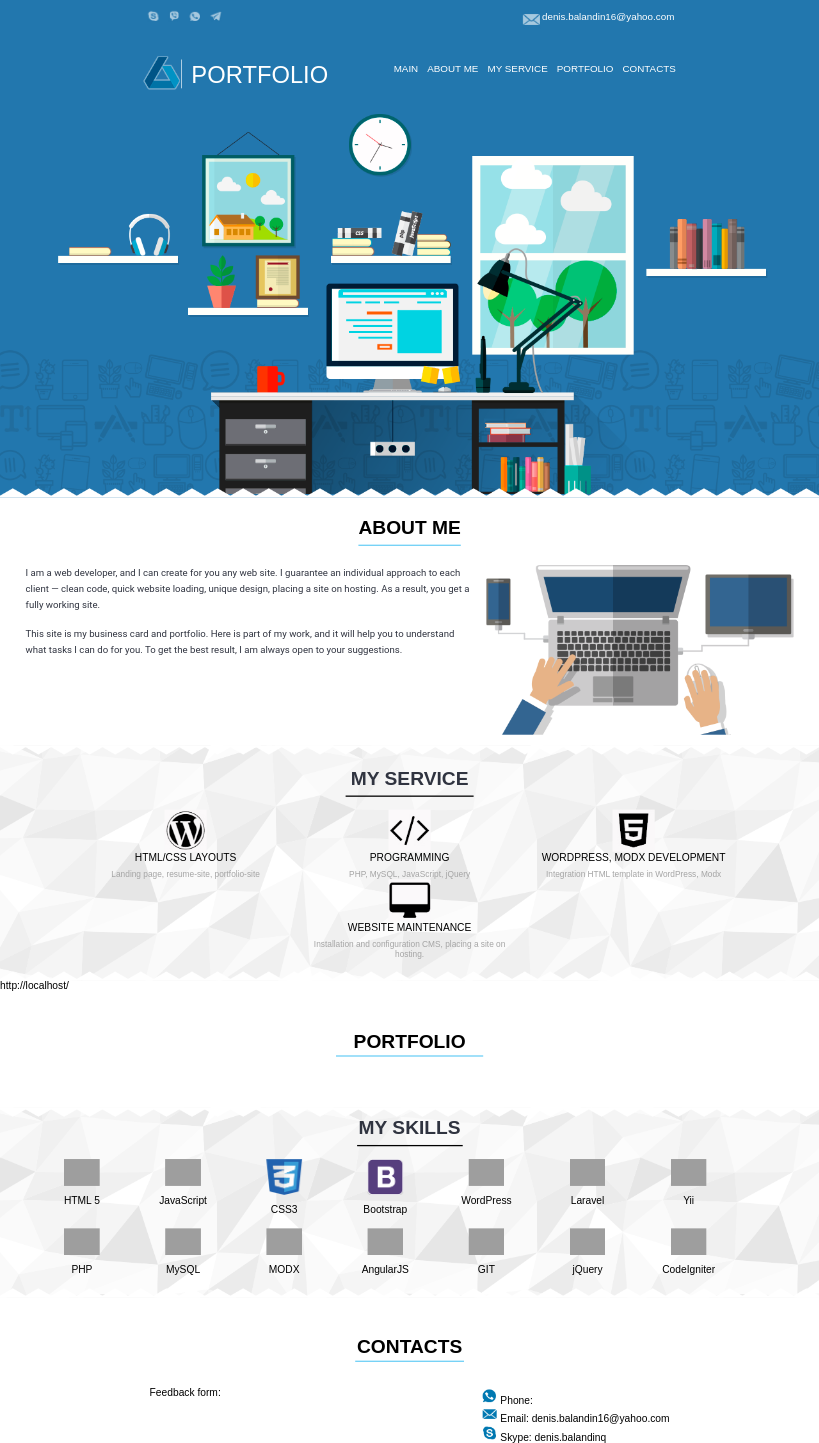
Repository: DenisBalandin/Portfolio
Page: /
An editor plug-in stored every save of this project. The page is shown before and after the next save, followed by the edit.
The browser window is 1280 px wide. The pictures show the whole page, at 64% of full size.
Pictures or frames that could not be fetched are drawn as grey boxes. The page's requests for data from a server got no answer. The project was rebuilt for these pictures with package versions that can differ from the ones it lists, and the page was loaded fresh each time. No one was signed in, and anything a server would have sent is missing. Also part of the build but not shown: src/ItemPage.js.

Above is the page before, as saved 2020-03-06 19:54:56.

### src/App.js
import React from 'react';
import './style.scss';
import ItemPage from './ItemPage';
import Home from './Home';
import Header from './Header';


import {BrowserRouter as Router,Route, Link} from 'react-router-dom';

function App(){
  return (
    <Router>
      <Header/>
      <Route exact path="/pageitem" component={ItemPage} />

      <Route exact path="/pageitem/:itemid" component={ItemPage} />
      <Route exact path="/" component={Home} />
    </Router>
  );
}

export default App;

### src/style.scss
*{padding: 0; margin: 0;}
body{font-family: Arial; min-width: 500px; }
a{text-decoration: none; color: #FFFFFF; text-decoration: none;}
li{list-style: none;}



/* Heder */
#first_page_bg{
    width:100%;
    height: 70%;
    background: #2277ae;
    header{
        width: 65%;
        margin: 0 auto 0 auto;
        .up_menu_links{
            display: flex;
            justify-content: space-between;
           padding: 2% 0 0 0;
            .social_link{
                width: 30%;
                a{

                    img{
                        width: 7%;
                    }
                    margin: 0 3% 0 3%;
                }
            }
            .email_heder{
                // width: 20%;
                margin: 0 1.5% 0 0;
                a{
                    display: flex;
                    .email_icon{
                        // width: 15%;
                        img{
                            // width: 100%;
                            // position: absolute;
                            margin: 0 0 0 -2%;
                            height: 100%;
                        }
                    }

                    div{
                        margin: 0.3% 0 0 2.2%;
                        font-size: 1.2vw;
                    }
                }

            }
        }

        menu{
            margin:5% 0 5% 0;
            display: flex;
            justify-content: space-between;
            width: 100%;
            .logo{
                width: 35%;
                display: flex;
                img{
                   width: 100%;
                   margin: 2% 0 0% 0;
                   padding: 0 5% 0 0 0;
                }
                .company_name{
                    margin: auto;
                    // margin: 0.3% 0 0 5%;
                    // height: 90%;
                    padding: 0 0 0 5%;
                    border-left: #FFFFFF 1px solid;
                    font-size: 2.9vw;
                    // height: 100%;
                    display: table;
                    a{
                        vertical-align: middle;
                    }

                }
            }
            .menu_heder{
                padding: 1.2% 0 0 0;
                width: 53%;
                display: flex;
                justify-content: space-between;
                div{
                    display: table;
                    a{
                        font-size: 1.2vw;
                        vertical-align: middle;
                    }
                }

            }


        }
    }

}





// .menu div{ margin: -1px 5px 0 5px; color:#ffffff; font-size: 17px;  display: flex;
//     flex-direction:row;
//     flex-wrap: wrap;
//     justify-content: center;}
// .menu div a{color:#ffffff; font-size: 20px;}
/*Top menu end*/
/*Heder end*/

/*Page*/
#first_page_bg_single{ width: 100%; height: 195px; background: #2277ae; padding:0px 0 0 0; overflow: hidden;}
.bg_page_insaide_page{width: 100%; background: url("img/pattop1.png") repeat-x; height: 230px; position: relative; z-index:5;}
.deltatop_page_page{width: 100%; background: url("img/deltatop.png") repeat-x; height: 14px; position: relative; z-index: 20; margin: -13px 0 0 0;}
#content_page{
    max-width: 1200px;
    margin: 30px auto 0px auto;
    display: flex;
    flex-wrap: wrap;
    flex-direction: row;
    justify-content: space-around;
}
.content_pageh1{
    font-size: 30px;
    text-transform: uppercase;
    text-align: center;
    font-weight: bold;
    position: relative;
    margin-bottom: 30px;
    color:#303440;
    text-decoration: underline;
    padding: 40px 0 10px 0;
}
#content_page img{
    width: 100%;
    height: auto;
}
/*Page end*/
.order_site{float: right; margin: 15px 0 0 20px; width: 178px; height: 30px; border: 1px solid #6ca6cd; text-align: center; color: #ffffff; padding: 10px 0 0 0; font-size: 14px; box-shadow: 9px 8px 4px -7px #2277ae; }
.order_site:hover{background: #0298cc; cursor: pointer;}
.company_name{
    color: #ffffff;
    font-size: 45px;
    margin: -10px 0 0 15px;
}
.company_name a{color: #FFFFFF;}
.company_name a:hover{color: #FFFFFF; text-decoration: none;}
.logo_border{
    width: 1px; height: 50px; background: #FFFFFF; margin: 0 10px 0 25px;
}
.content_description{
    max-width: 750px;
    height: 60px;
    float: left;
    font-size: 14px;
    color: #303440;
    margin: 0 0px 0 0;
}
.tools{ font-size: 15px; color: #303440; padding: 0 0 0 0px; }
.content_link{font-size: 15px; color: #303440; margin:0px 0 20px 0;}
.content_link a{color: #303440; text-decoration: underline;}
.content_link a:hover{text-decoration: none;}
.content_text{
    width: 80%;
    background: #fff;
    border: 1px solid #59759b;
    overflow: hidden;
    margin: 0 auto 0 auto;
}
.content_text img{
    width: 100%!important;
    height: 50%!important;
}
.web_line{ background:url("img/web_line.jpg")no-repeat;  display: inline-block; height: 69px; max-width: 1150px; margin: 0 0 -5px 0; border-right: 1px solid #59759b; border-left: 1px solid #59759b; border-top: 1px solid #59759b;}
.content_url{float: left; margin: 40px 0 0 160px;}
.content_url a{color: #585353;}
/*Links end*/
.flex-container {
    display: flex;
    flex-direction:  row-reverse;
}
/*Top Menu*/
.heder_menu{
    display: flex;
}
.top_menu{
    margin: 20px 0;
    display: flex;
    flex-direction:row;
}
/*Page bg*/
.page_bg{
    margin: -10px auto 0 auto;
}
.bg_page_insaide{width: 100%; background: url("img/pattop.png") repeat-x;  position: relative; z-index:5; background-position: bottom;
    display: flex;
    flex-direction: column;
}
.bg_page_insaide_single{width: 100%; margin: 15px 0 0 0; background: url("img/pattop.png") repeat-x; height: 130px; position: relative; z-index:5;}
.deltatop_page{width: 100%; background: url("img/deltatop.png") repeat-x; height: 14px; position: relative; z-index: 20; margin: -14px 0 0 0;}
/*Page bg end*/

/*About me*/
#about_me{
    max-width: 1200px;
    margin:  30px auto 70px auto;
}
#about_me h1{
    font-size: 30px;
    text-transform: uppercase;
    margin: 0 auto 30px auto;
    font-weight: bold;
    position: relative;
    border-bottom: 2px solid #6dcff6;
    width: 160px;
    padding: 0 0 10px 0;
}
#about_me p{    box-sizing: border-box;
    font: 15px "Roboto";
    line-height: 25px;
    color: #303440; margin: 20px 0 13px 0;}
#about_me img{
    padding: 0 0 0 20px;
    margin: 0 0 20px 0;
}
/*About me end*/

/*My Service*/
#my_service_bg{
    height: 100%;
    background: url("img/bgdelta.png") repeat-x;
}
.my_service_line_top{
    width: 100%;
    height: 14px;
    background: url("img/deltabottom.png") repeat-x;
}
.my_service_line_bottom{
    width: 100%;
    height: 14px;
    background: url("img/deltatop.png") repeat-x;
}
#my_service{
    max-width: 1500px;
    margin: 0px auto 20px auto;
    display: flex;
    flex-direction:row;
    flex-wrap: wrap;
    justify-content: center;

}
#my_service_bg h3{
    font-size: 30px;
    text-transform: uppercase;
    font-weight: bold;
    color: #303440;
    width: 200px;
    text-align: center;
    margin: 20px auto 20px auto;
    border-bottom: 2px #000000 solid;
    padding: 0 0 10px 0;
}
#my_service div{
    display: flex;
    flex-direction:column;
    flex-wrap: wrap;
    justify-content: center;
}
#my_service div img{
    margin:  0 auto 0 auto;
}
.text_1{
    text-align: center;
    padding: 0 25px 0 25px;
    font-size: 1em;
}
.text_2{
    text-align: center;
    padding: 0 25px 0 25px;
    color:#a4a4a4;
    font-size: 5em;
    width: 300px;
}
/*My service end*/

/*Portfolio*/
#portfolio{
    max-width: 1200px;
    margin: 0 auto 40px auto;
    display: flex;
    flex-direction:row;
    flex-wrap: wrap;
    justify-content: center;
}
.portfolioh3{
    font-size: 30px;
    text-transform: uppercase;
    text-align: center;
    font-weight: bold;
    position: relative;
    border-bottom: 2px solid #6dcff6;
    width: 230px;
    margin: 60px auto 40px auto;
    padding: 0 0 5px 0;
}
#portfolio .portfolioblock{
    border: 1px solid #bfd2e1;
    width: 368px;
    margin: 10px;
    box-shadow: 5px 5px 4px -5px #000000;
}
#portfolio div img{
    margin: -12px 0 0px 0;
    display: inline-block;
}
.p_name{
    background:#2d7eb2;
    text-align: center;
    height: 40px;
    opacity: 0.8;
    padding: 2px 20px;
    margin: 0 auto 0 auto;
}
.p_name a{
    font-size: 20px;
    color: #ffffff;
}
.p_name:hover{
    text-decoration: none;
}
/*Portfolio end*/

/*Content blog*/
#content_blog{ max-width: 1200px;  margin: 0 auto 40px auto; min-height: 300px;}
/*Content blog end*/



/*I used*/
#my_skils_bg{
    width: 100%;
    height: 100%;
    background: url("img/bgdelta.png") repeat-x;
    margin: 0 0 40px 0;
}
.my_skils_line_top{
    width: 100%;
    height: 14px;
    background: url("img/deltabottom.png") repeat-x;
}
.my_skils_line_bottom{
    width: 100%;
    height: 14px;
    background: url("img/deltatop.png") repeat-x;
}
#my_skils{
    max-width: 1200px;
    margin: 10px auto 0px auto;
    display: flex;
    flex-direction:row;
    flex-wrap: wrap;
}
#my_skils div img{}
.my_skillsh3{
    font-size: 30px;
    text-transform: uppercase;
    font-weight: bold;
    color: #303440;
    width: 165px;
    text-align: center;
    margin: 0 auto 20px auto;
    border-bottom: 2px #000000 solid;
    padding: 0 0 10px 0;
}
#my_skils div{ width: 140px; text-align: center; margin: 0 0 20px 18px;}
#my_skils div img{margin: 0 0 10px 0; width:40%;}
.about_me_img{}
.text_1{ text-align: center;}
.text_2{ text-align: center; margin: 10px 0 0 0; color:#a4a4a4; font-size: 13px;}
/*I used end*/

/*Portfolio*/
.contactsh3{
    font-size: 30px;
    text-transform: uppercase;
    text-align: center;
    font-weight: bold;
    position: relative;
    border-bottom: 2px solid #6dcff6;
    width: 170px;
    margin: 60px auto 40px auto;
    padding: 0 0 5px 0;
}
#contacts{
    max-width: 1200px;
    margin: 0 auto 0px auto;
    display: flex;
    flex-direction:row;
    flex-wrap: wrap;
    justify-content: space-around;
}
.formcont{ margin: 0 20px 0 0;}
.formcont input{border: 1px solid #dddddd; margin: 10px 0 10px 0; width: 250px; height: 30px; color: #666666; padding: 0 0 0 10px;}
.formcont textarea{border: 1px solid #dddddd; margin: 10px 0 10px 0; width: 410px; height: 70px; color: #666666; padding: 15px 0 0 10px;}
.formcont button{ background:#0298cc; height: 40px; width: 180px; color: #ffffff; font-size: 18px; border: 1px solid #6ca6cd; cursor: pointer;}
.formcont button:hover{ background:#2277ae;}
/*Portfolio end*/

/*Footer*/
#footer_bg{background: #2277ae; width: 100%; height: 100px; margin: 50px 0 0 0; }
#footer{max-width: 1200px;  margin: 10px auto 0px auto; height: 50px;}
.copyright{ color: #ffffff; margin: 25px 0 0 10px;}
.footermenu{ margin: 25px 0 0 0;}
.footermenu li{float: left; font-size: 14px; margin: 0 10px 0 10px; color: #ffffff; border-bottom: 1px solid #ffffff;}
.footermenu li:hover{border-bottom: 1px solid #2277ae;}
/*footer end*/


@media all and (max-width: 900px) {
    #my_service div img {
        width: 0%;
    }

    #about_me p img {
        width: 0%;
    }

    #my_skils div img {
        width: 0% !important;
    }

    #my_skils{
        justify-content: space-around!important;
    }
    #my_skils div{
        margin: 0 !important;
    }
    .top_menu{
        display: none!important;
    }
    .menu{
        margin: 10px 0 40px 0!important;
        justify-content: space-around !important;
    }
    #about_me p{
        padding: 0 30px 0 30px!important;
    }
}

### src/Home.js
import React,{Component} from 'react';
import AboutMe from './AboutMe';
import MyService from './MyService';
import MySkills from './MySkills';
import Contacts from './Contacts';
import Portfolio from './Portfolio';
import {BrowserRouter as Router,Route, Link} from 'react-router-dom';


class Home extends Component{
    render(){
        return(
            <div>
                <Router>
                    <AboutMe/>
                    <MyService/>
                    <Portfolio/>
                    <MySkills/>
                    <Contacts/>
                </Router>
            </div>
        );
    }
}
export default Home;

### src/Header.js
import React from 'react';
import skype from './img/skype_icon.jpg';
import viber from './img/viber_icon.jpg';
import whatsap from './img/whatsap.jpg';
import telegram from './img/telegram.jpg';
import email from './img/email.jpg';
import logo from './img/logo.png';
import background from './img/background.png';


function Header(){
    return(
        <div id="first_page_bg" >
        {/* <!--Links--> */}
            <header>
            <div className="up_menu_links">
                <div className="social_link">
                    <a href="#"><img src={skype}/></a>
                    <a href="#"><img src={viber}/></a>
                    <a href="#"><img src={whatsap}/></a>
                    <a href="#"><img src={telegram}/></a>
                </div>
                <div className="email_heder">
                    <a href="#">
                        <div className="email_icon"><img src={email}/></div>
                        <div>denis.balandin16@yahoo.com</div>
                    </a>
                </div>
            </div>
            {/* <!--Links end--> */}
            {/* <!--Menu--> */}
            <menu>
                <div className="logo">
                    <div>
                        <a href="/">
                        <img src={logo} />
                        </a>
                    </div>
                    <div className="company_name">
                        <a href="/">PORTFOLIO</a>
                    </div>
                </div>




                <div className="menu_heder">
                    <div>
                        <a href="/">MAIN</a>
                    </div>
                    <div>
                        <a href="#about_me">ABOUT ME</a>
                    </div>
                    <div>
                        <a href="#my_service">MY SERVICE</a>
                    </div>
                    <div>
                        <a href="#portfolio">PORTFOLIO</a>
                    </div>
                    <div>
                        <a href="#contacts">CONTACTS</a>
                    </div>
                </div>
            </menu>
            {/* <!--Menu end--> */}
        </header>
        <div className="bg_page_insaide">
            <div className="page_bg">
                <img src={background} width="100%" />
            </div>
        </div>
        <div className="deltatop_page"></div>
    </div>
    );
}
export default Header;

### src/AboutMe.js
import React from 'react';
import aboutme from './img/aboutme.png';

function AboutMe(){
    return(
        <div id="about_me">
            <h1>ABOUT ME</h1>
            <p>
                <img className="about_me_img" align="right" src={aboutme} width="40%"/>
                I am a web developer, and I can create for you any web site. I guarantee an individual approach to each client — clean code, quick website loading, unique design, placing a site on hosting. As a result, you get a fully working site.
            </p>
            <p>
                This site is my business card and portfolio. Here is part of my work, and it will help you to understand what tasks I can do for you. To get the best result, I am always open to your suggestions.
            </p>
            <br/><br/><br/>
        </div>
    );
}
export default AboutMe;

### src/MyService.js
import React from 'react';
import wordpress from './img/wordpress_icon.jpg';
import teg from './img/teg.jpg';
import html5 from './img/hml5_icon.jpg';
import monitor from './img/monitor.jpg';

function MyService(){
    return(
        <div id="my_service_bg">
        <div className="my_service_line_top"></div>
          <h3>MY SERVICE</h3>
        <div id="my_service">
            <div>
              <img src={wordpress} />
              <div className="text_1">HTML/CSS LAYOUTS</div>
              <div className="text_2">Landing page, resume-site, portfolio-site</div>
            </div>
            <div>
              <img  src={teg} />
              <div className="text_1">PROGRAMMING</div>
              <div className="text_2">PHP, MySQL, JavaScript, jQuery</div>
            </div>
            <div>
              <img src={html5}/>
              <div className="text_1">WORDPRESS, MODX DEVELOPMENT</div>
              <div className="text_2">Integration HTML template in WordPress, Modx</div>
            </div>
            <div>
              <img src={monitor}/>
              <div className="text_1">WEBSITE MAINTENANCE</div>
              <div className="text_2">Installation and configuration CMS, placing a site on hosting.</div>
            </div>
        </div>
        <div className="my_service_line_bottom"></div>
      </div>
    );
}
export default MyService;

### src/MySkills.js
import React from 'react';
import css3 from './img/css3.png';
import bootstrap from './img/bootstrap.png';

function MySkills(){
    return(
        <div id="my_skils_bg">
            <div className="my_skils_line_top"></div>
            <h3 className="my_skillsh3">My Skills</h3>
            <div id="my_skils">
                <div>
                    <img src="<?php bloginfo('template_directory'); ?>/img/html5.png" />
                    <p>HTML 5</p>
                </div>
                <div>
                    <img src="<?php bloginfo('template_directory'); ?>/img/js.png"/>
                    <p>JavaScript</p>
                </div>
                <div><img src={css3}/> <p>CSS3</p></div>
                <div><img src={bootstrap}/><p>Bootstrap</p></div>
                <div><img src="<?php bloginfo('template_directory'); ?>/img/wordpress.png"/><p>WordPress</p></div>
                <div><img src="<?php bloginfo('template_directory'); ?>/img/laravel.png"/><p>Laravel</p></div>
                <div><img src="<?php bloginfo('template_directory'); ?>/img/yii.png"/><p>Yii</p></div>
                <div><img src="<?php bloginfo('template_directory'); ?>/img/php.png"/><p>PHP</p></div>
                <div><img src="<?php bloginfo('template_directory'); ?>/img/mysql.png"/><p>MySQL</p></div>
                <div><img src="<?php bloginfo('template_directory'); ?>/img/modx.png"/><p>MODX</p></div>
                <div><img src="<?php bloginfo('template_directory'); ?>/img/angular.png"/><p>AngularJS</p></div>
                <div><img src="<?php bloginfo('template_directory'); ?>/img/git.png"/><p>GIT</p></div>
                <div><img src="<?php bloginfo('template_directory'); ?>/img/jquery.png"/><p>jQuery</p></div>
                <div><img src="<?php bloginfo('template_directory'); ?>/img/codeigniter.png"/><p>CodeIgniter</p></div>
            </div>
            <div className="my_service_line_bottom"></div>
        </div>
    );
}
export default MySkills;

### src/Contacts.js
import React from 'react';
import skype_cont from './img/skype_cont.jpg';
import mail_cont from './img/mail_cont.jpg';
import phone_cont from './img/phone_cont.png';

function Contacts(){
    return(
        <>
            <h3 className="contactsh3">CONTACTS</h3>
            <div id="contacts">
                <div className="formcont">
                    <p>Feedback form:</p>

                </div>
                <div className="contacts">
                    <div>
                    <img src={phone_cont}/> <span>Phone:</span>
                    </div>
                    <div>
                    <img src={mail_cont}/> <span>Email: denis.balandin16@yahoo.com  </span>
                    </div>
                    <div>
                    <img src={skype_cont}/> <span>Skype: denis.balandinq </span>
                    </div>
                </div>
            </div>
        </>
    );
}
export default Contacts;

### src/Portfolio.js
import React,{Component} from 'react';
import portfolioicon from './img/portfolioicon.jpg';
import { db } from "./firebase";
import ReactHtmlParser, { processNodes, convertNodeToElement, htmlparser2 } from 'react-html-parser';
import {BrowserRouter as Router,Route, Link} from 'react-router-dom';

class Portfolio extends Component{
    constructor(props){
        super(props);
        this.state = {
            pages:[]
        }
    }
    componentDidMount(){
        this.getFetch();
    }
    getFetch = () => {
        // db.collection("messages")
        // .get()
        // .then(querySnapshot => {
        //     let fullArray = [];
        //     const data = querySnapshot.docs.map(doc => doc.data());
        //     for(var int = 0; int < data.length; int++){
        //         fullArray[int] = {
        //             name: data[int].name,
        //             date:data[int].date,
        //             check:data[int].check,
        //             id: querySnapshot.docs[int].id,
        //         }
        //     }
        //     this.setState({ users: fullArray });
        // });
        fetch('http://testwoo/wp-json/wp/v2/posts')
        .then(response => response.json())
        .then(
            result => this.setState({
                pages:result
            })
        );
    }

    render(){
       return(
           <>
           {window.location.href}
            {/* <Route exact path="/"  component={Home}/> */}
            <h3 className="portfolioh3">PORTFOLIO</h3>
            <div id="portfolio">
                {this.state.pages.map((page, index)=>
                    <div className="portfolioblock">
                        {/* <Link to={`/pageitem/${page.id}`}>
                            <img src={portfolioicon}  width="368"/>
                            { ReactHtmlParser(page.excerpt.rendered)}
                        </Link>
                        <div className="p_name">
                            <a href="/pexuniverse/">{page.title.rendered}</a>
                        </div> */}
                    </div>
                )}


            </div>
        </>
       );
   }
}
export default Portfolio;

### src/firebase.js
import firebase from 'firebase';

const firebaseApp = firebase.initializeApp({
    apiKey: "AIzaSyBH21wpMVzXC2kYGnD8x1tI6ru-zdWNAqs",
    authDomain: "test-4ba23.firebaseapp.com",
    databaseURL: "https://test-4ba23.firebaseio.com",
    projectId: "test-4ba23",
    storageBucket: "test-4ba23.appspot.com",
    messagingSenderId: "597606478464",
    appId: "1:597606478464:web:6e48455407186638df2c65",
    measurementId: "G-NDR2C185V9"
});

const db = firebaseApp.firestore();

export {db};

Loaded but not shown: public/index.html (common file); src/index.js (common file); src/index.css (common file); src/serviceWorker.js (common file)

After the next save:
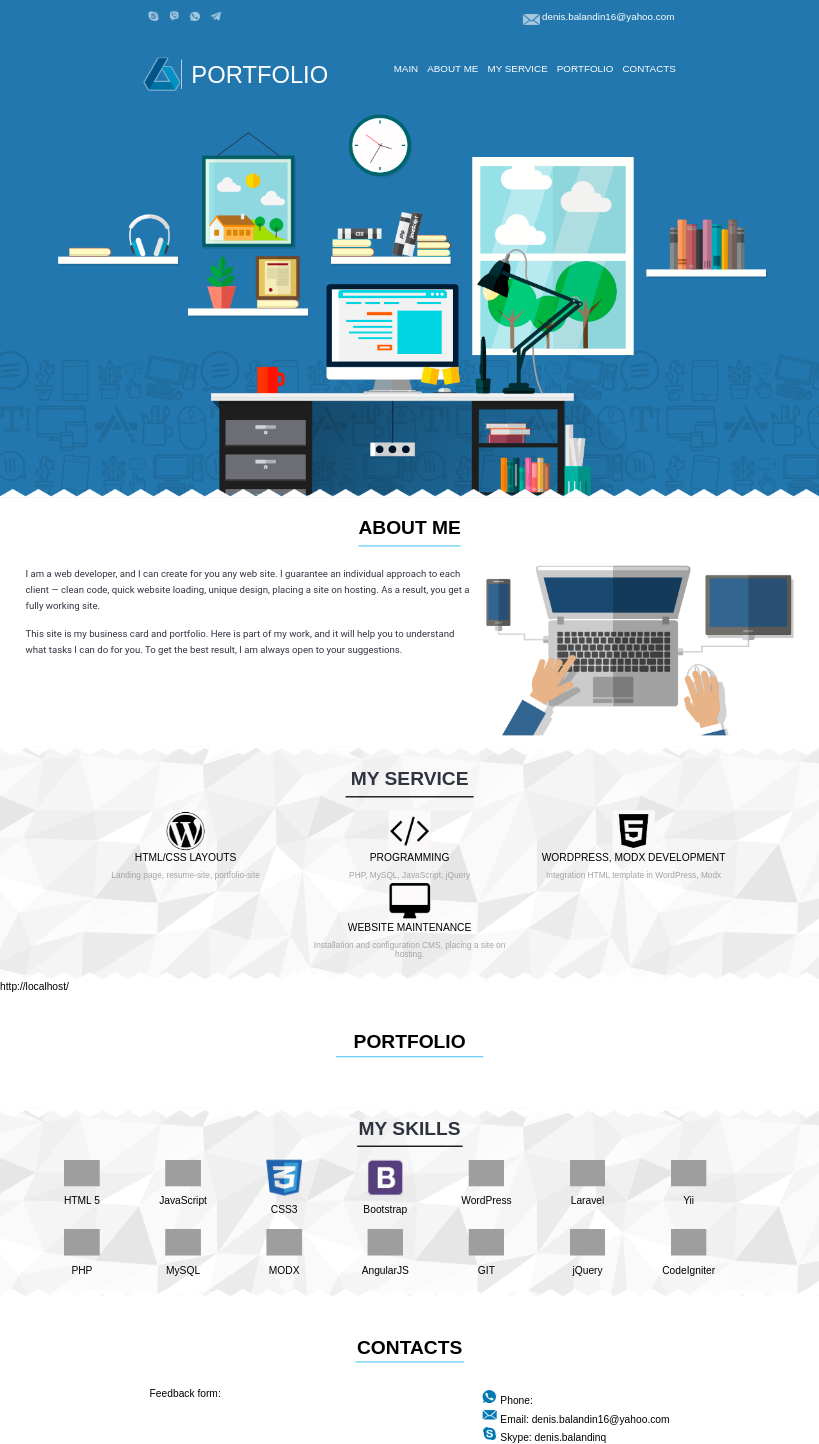
Saved 4 s later.
--- a/src/style.scss
+++ b/src/style.scss
@@ -61,7 +61,7 @@
                 display: flex;
                 img{
                    width: 100%;
-                   margin: 2% 0 0% 0;
+                   margin: 5% 0 0% 0;
                    padding: 0 5% 0 0 0;
                 }
                 .company_name{
